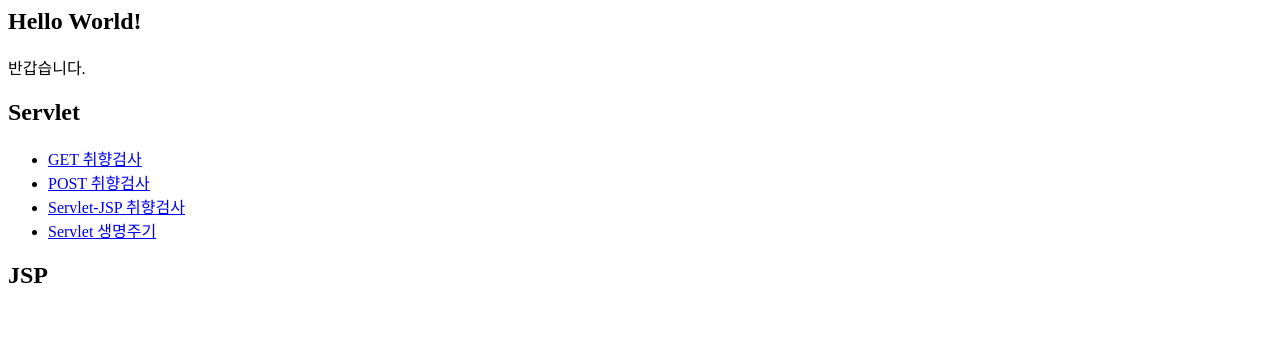
Repository: hjh705/web_server_workspace
Page: http://localhost/hello-web/
The author's editor kept a copy of each file at every save. The page is drawn from the files as they stood at one save, then again after the next save.
The browser window is 1280 px wide. The pictures show the whole page.
The page is served by Tomcat 9. Other server files are loaded and not shown.

Above is the page before, as saved 2023-12-06 07:13:16.

### hello-web/src/main/webapp/index.jsp
<%@ page language="java" contentType="text/html; charset=UTF-8"
            pageEncoding="UTF-8" %>
<html>
<head>
	<meta charset="utf-8">
	<title>Hello Wed</title>
</head>
<body>
<h2>Hello World!</h2>
	<p>반갑습니다.</p>

	<h2>Servlet</h2>

	<ul>
		<li>
			<!-- 서버 절대주소 요청시 /hello-web context-path(앱이름)를 반드시 포함해야 한다 -->
			<a href="/hello-web/servlet/01_testPerson.html">GET 취향검사</a>
		</li>
		<li>
			<a href="/hello-web/servlet/02_testPerson.html">POST 취향검사</a>
		</li>
		<li>
			<a href="/hello-web/servlet/03_testPerson.html">Servlet-JSP 취향검사</a>
		</li>
		<li>
			<a href="/hello-web/lifecycle.do">Servlet 생명주기</a>
		</li>
	</ul>

	<h2>JSP</h2>
</body>
</html>

After the next save:
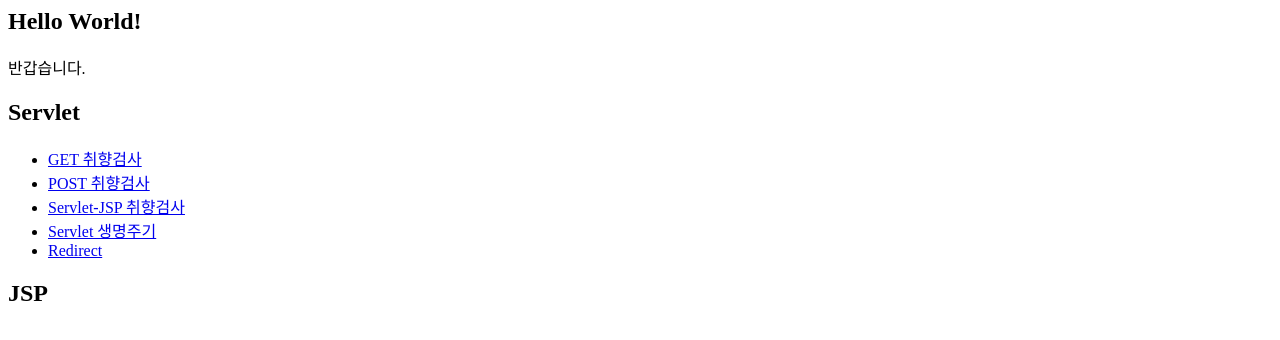
Saved 4 min 29 s later.
--- a/hello-web/src/main/webapp/index.jsp
+++ b/hello-web/src/main/webapp/index.jsp
@@ -25,6 +25,9 @@
 		<li>
 			<a href="/hello-web/lifecycle.do">Servlet 생명주기</a>
 		</li>
+		<li>
+			<a href="/hello-web/abc.do">Redirect</a>
+		</li>
 	</ul>
 
 	<h2>JSP</h2>
